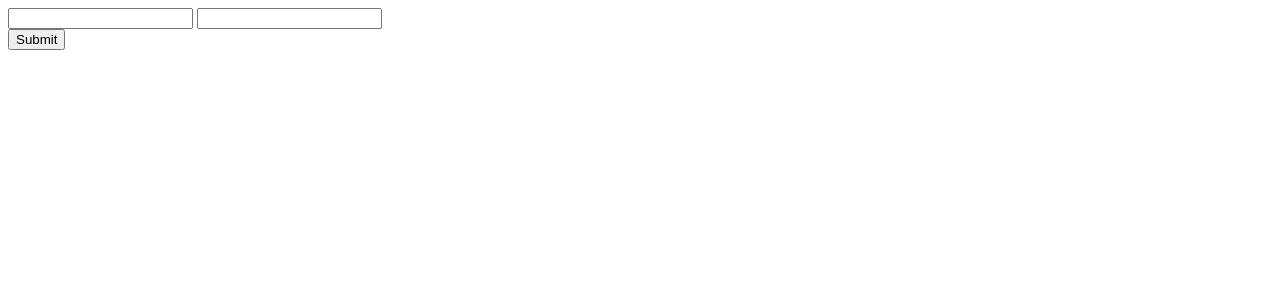
Repository: MeGuuuun/JSP-Servlet
Page: 20-29/JSPPrj/src/main/webapp/WEB-INF/add2.html
These files come from the project's save history. The page is drawn as it stood at one moment and after the next save; the edit follows.
The browser window is 1280 px wide. The pictures show the whole page.

Above is the page before, as saved 2022-04-14 06:24:16.

### 20-29/JSPPrj/src/main/webapp/WEB-INF/add2.html
<!DOCTYPE html>
<html>
<head>
<meta charset="UTF-8">
<title>Insert title here</title>
</head>
<body>
<div>
<!-- 입력 데이터 배열로 보내고 받기 -->
	<form action="add2" method="post">
		<div>
			<input type="text" name="num" />
			<input type="text" name="num" />
		</div>
		<div>
			<input type="submit" name="calculate"/>
		</div>
	</form>
</div>

</body>
</html>

After the next save:
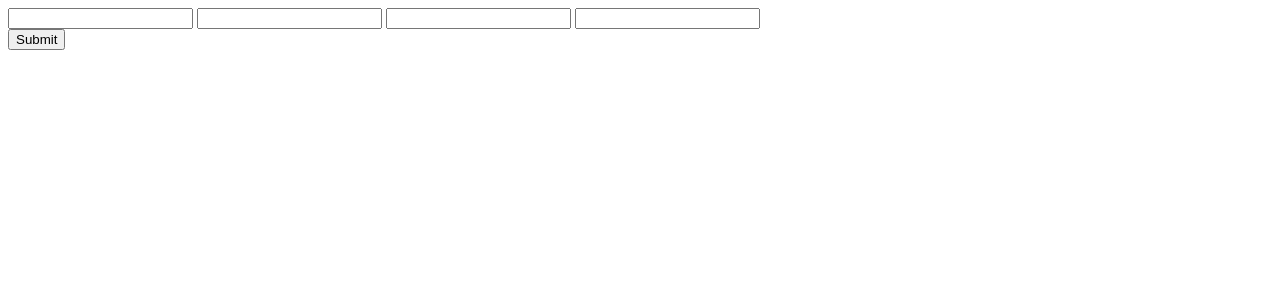
Saved 98 s later.
--- a/20-29/JSPPrj/src/main/webapp/WEB-INF/add2.html
+++ b/20-29/JSPPrj/src/main/webapp/WEB-INF/add2.html
@@ -11,6 +11,8 @@
 		<div>
 			<input type="text" name="num" />
 			<input type="text" name="num" />
+			<input type="text" name="num" />
+			<input type="text" name="num" />
 		</div>
 		<div>
 			<input type="submit" name="calculate"/>
